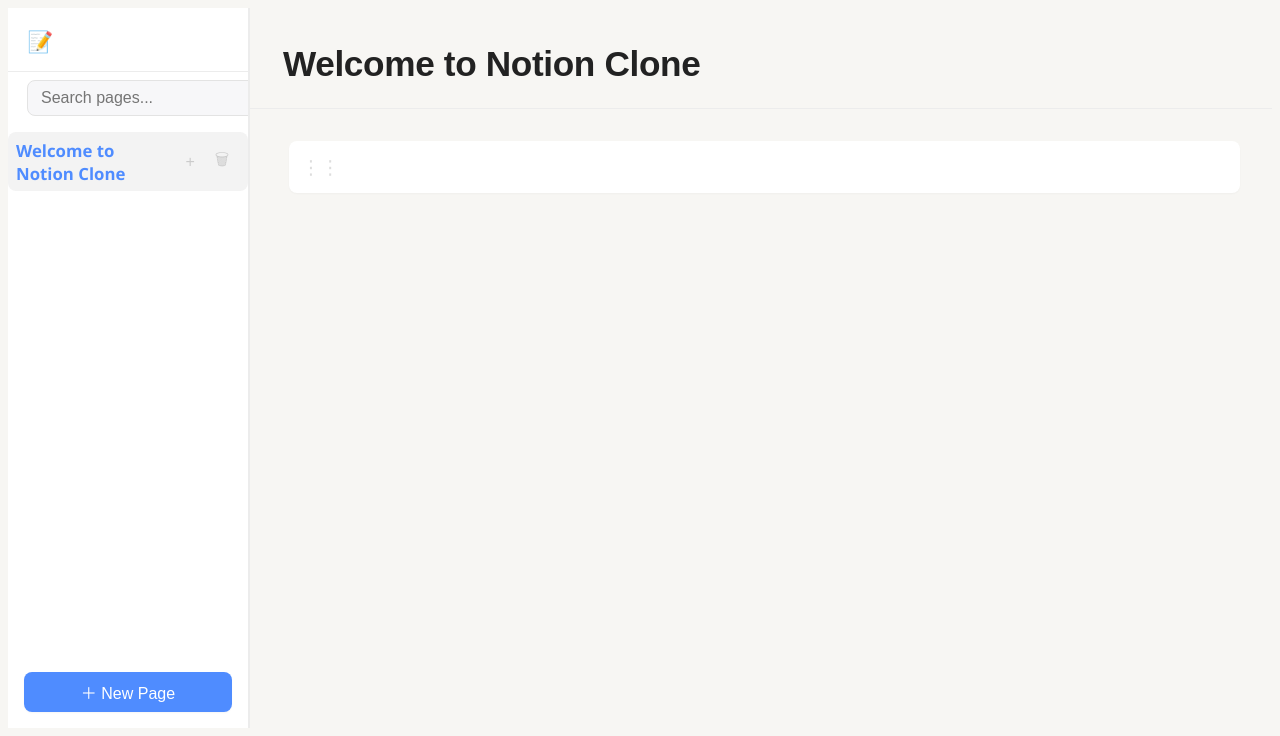
Repository: kirankumarwq/On-Time
Page: index.html
The author's editor kept a copy of each file at every save. The page is drawn from the files as they stood at one save, then again after the next save.
The browser window is 1280 px wide. The pictures show the whole page.

Above is the page before, as saved 2025-06-09 16:53:16.
Console error: TypeError: Assignment to constant variable.

After the next save:
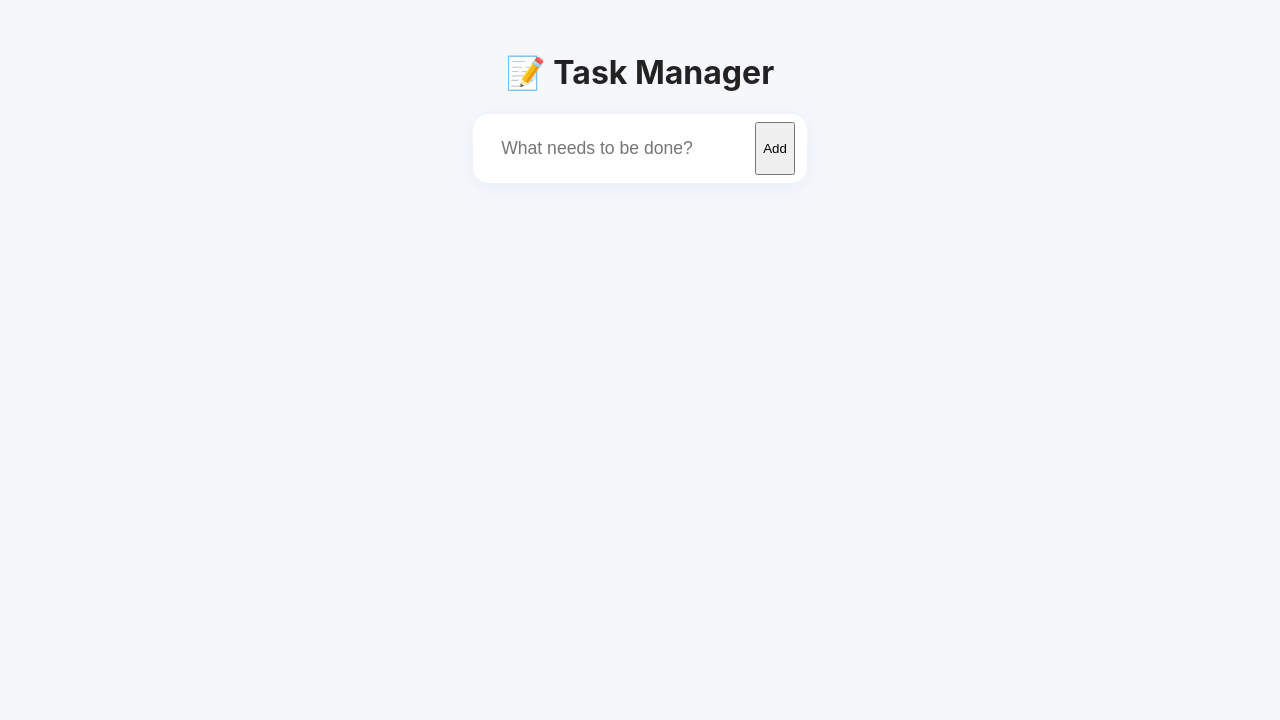
The error is gone.
Saved 5 min 8 s later.
--- a/index.html
+++ b/index.html
@@ -1,32 +1,22 @@
 <!DOCTYPE html>
 <html lang="en">
 <head>
-  <meta charset="UTF-8" />
-  <meta name="viewport" content="width=device-width, initial-scale=1.0" />
-  <title>Notion Clone</title>
-  <link rel="stylesheet" href="assets/styles.css" />
+  <meta charset="UTF-8">
+  <meta name="viewport" content="width=device-width, initial-scale=1">
+  <title>Task Manager MVP</title>
+  <link rel="stylesheet" href="style.css">
 </head>
 <body>
-  <div id="app">
-    <aside id="sidebar">
-      <div class="sidebar-header">
-        <span class="logo">📝</span>
-      </div>
-      <div id="sidebar-search">
-        <input type="text" placeholder="Search pages..." id="page-search" />
-      </div>
-      <nav id="pages-list"></nav>
-      <button id="add-page" title="Add new page">＋ New Page</button>
-    </aside>
-    <main id="main-content">
-      <header id="page-header">
-        <input id="page-title" type="text" placeholder="Untitled" />
-      </header>
-      <section id="blocks-container"></section>
-      <div id="block-toolbar" class="hidden"></div>
-      <div id="command-menu" class="hidden"></div>
-    </main>
-  </div>
-  <script type="module" src="js/app.js"></script>
+  <main class="container">
+    <h1>📝 Task Manager</h1>
+    <form id="task-form">
+      <input type="text" id="task-input" placeholder="What needs to be done?" required>
+      <button type="submit">Add</button>
+    </form>
+
+    <ul id="task-list"></ul>
+  </main>
+
+  <script src="script.js"></script>
 </body>
 </html>
